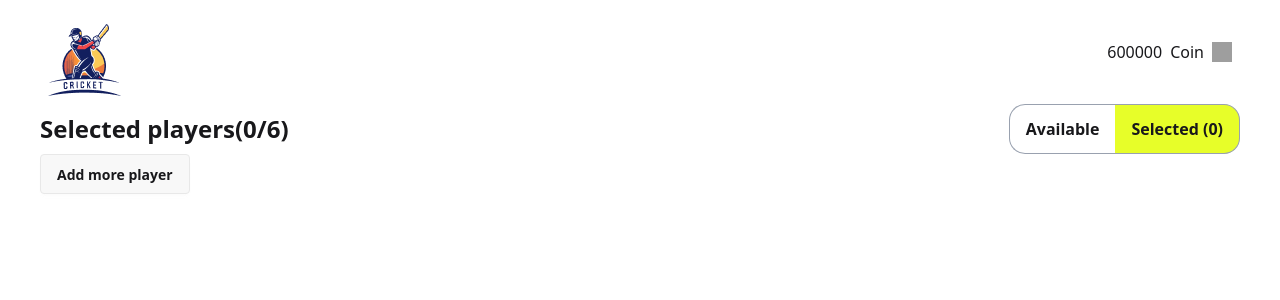
Repository: SanjidaSnigdha/Select-your-eleven
Page: /, after clicking the first element matching `button.rounded-r-2xl`
These files come from the project's save history. The page is drawn as it stood at one moment and after the next save; the edit follows.
The browser window is 1280 px wide. The pictures show the whole page.
Pictures or frames that could not be fetched are drawn as grey boxes. The project was rebuilt for these pictures with package versions that can differ from the ones it lists, and the page was loaded fresh each time. Also part of the build but not shown: vite.config.js, src/App.css, src/components/SelectedCard/SelectedCard.jsx.

Above is the page before, as saved 2026-03-21 22:24:24.

### index.html
<!doctype html>
<html lang="en" style="color-scheme: light;">
  <head>
    <meta charset="UTF-8" />
    <link rel="icon" type="image/svg+xml" href="/favicon.svg" />
    <meta name="viewport" content="width=device-width, initial-scale=1.0" />
    <title>select-your-eleven</title>
  </head>
  <body>
    <div id="root"></div>
    <script type="module" src="/src/main.jsx"></script>
  </body>
</html>

### src/index.css
 @import "tailwindcss";
 @plugin "daisyui" {
  themes: light --default, dark --prefersdark;
  themes: light --default;
 }

### src/App.jsx

import './App.css'
import { ToastContainer } from 'react-toastify';

import AvailablePlayers from './components/AvailablePlayers/AvailablePlayers'
import SelectedPlayers from './components/SelectedPlayers/SelectedPlayers'
import Navbar from './components/Navbar/Navbar'
import { Suspense, useState } from 'react'

const fetchPlayers = async () =>{
  const res = await fetch("/players.json")
  return res.json()
}
const playersPromise = fetchPlayers()


function App() {
  const [toggle,setToggle] = useState(true)
  const [availableBalance,setAvailableBalance] = useState(600000)
  const [purchasedPlayers,setPurchasedPlayers] = useState([])
  const removePlayer = (p) =>{
    const filteredData = purchasedPlayers.filter(ply=> ply.player_name!==p.player_name)
    console.log(filteredData)
    setPurchasedPlayers(filteredData)
    setAvailableBalance(availableBalance+parseInt(p.price.split("USD").join("").
                split(",").join("")))

  }

  return (
    <>
   <Navbar availableBalance={availableBalance}></Navbar>
   <div className='max-w-[1200px] mx-auto flex justify-between items-center'>
    <h1 className='font-bold text-2xl'>{
    toggle===true?"Available players":`Selected players(${purchasedPlayers.length}/6)`}</h1>
    <div className='font-bold'>
      <button onClick={()=>setToggle(true)} className={`py-3 px-4 border-1 border-gray-400 rounded-l-2xl border-r-0 ${toggle===true?"bg-[#E7FE29]":""}`}>Available</button>
      <button onClick={()=>setToggle(false)} className={`py-3 px-4 border-1 border-gray-400 rounded-r-2xl border-l-0 ${toggle===false?"bg-[#E7FE29]":""}`}>Selected <span>({purchasedPlayers.length})</span></button>
    </div>

   </div>

     {
      toggle === true?<Suspense fallback={<span className="loading loading-spinner loading-xl"></span>
}>
    <AvailablePlayers purchasedPlayers={purchasedPlayers} setPurchasedPlayers={setPurchasedPlayers} availableBalance={availableBalance} setAvailableBalance={setAvailableBalance} playersPromise={playersPromise}></AvailablePlayers>
</Suspense>:<SelectedPlayers removePlayer={removePlayer} purchasedPlayers={purchasedPlayers}></SelectedPlayers>

     }



      <ToastContainer></ToastContainer>

    </>
  )
}

export default App

### src/components/AvailablePlayers/AvailablePlayers.jsx
import React, { use } from 'react';

import PlayerCard from '../PlayerCard/PlayerCard';

const AvailablePlayers = ({playersPromise,setAvailableBalance,availableBalance,purchasedPlayers,setPurchasedPlayers}) => {
    const playerData = use(playersPromise)
    return (
        <div className='max-w-[1200px] mx-auto grid grid-cols-1 md:grid-cols-3 gap-4'>

            {
              playerData.map(player=><PlayerCard setPurchasedPlayers={setPurchasedPlayers} purchasedPlayers={purchasedPlayers} availableBalance={availableBalance} setAvailableBalance={setAvailableBalance} player={player}></PlayerCard>


              )
            }

        </div>
    );
};

export default AvailablePlayers;

### src/components/SelectedPlayers/SelectedPlayers.jsx
import React from 'react';
import SelectedCard from '../SelectedCard/SelectedCard';

const SelectedPlayers = ({purchasedPlayers,removePlayer}) => {
    console.log(purchasedPlayers)
    return (
        <div className='max-w-[1200px] mx-auto'>
            {
                purchasedPlayers.map(player=><SelectedCard removePlayer={removePlayer} player={player}></SelectedCard>)
            }
        {/* <button onClick={()=>setToggle(true)} className={`py-3 px-4 border-1 border-gray-400 rounded-l-2xl border-r-0 ${toggle===true?"bg-[#E7FE29]":""}`}>Available</button> */}
        <button className='btn'>Add more player</button>
        </div>

    );
};

export default SelectedPlayers;

### src/components/Navbar/Navbar.jsx
import React from 'react';
import navImg from "../../assets/logo.png"
import dollarImg from "../../assets/dollar-1.png"

const Navbar = ({availableBalance}) => {
    return (

         <div className="navbar max-w-[1200px] mx-auto">
          <div className="flex-1">
            <a className="text-xl">
              <img className="w-60px h-50px mt-4" src={navImg} alt="" />
           </a>
          </div>
          <div className="flex items-center gap-1">
          <span className='mr-1'>{availableBalance}</span>
          <span className='mr-1'>Coin</span>
          <img className="w-5 h-5" src={dollarImg} alt="" />
         </div>
       </div>
    );

};

export default Navbar;

### src/components/PlayerCard/PlayerCard.jsx
import React, { useState } from 'react';
import userImg from "../../assets/man.png"
import flagImg from "../../assets/flag.jpg"
import { toast } from 'react-toastify';

const PlayerCard = ({player,setAvailableBalance,availableBalance,purchasedPlayers,setPurchasedPlayers}) => {
    const [isSelected,setIsSelected] = useState(false)

    const handleSelected = (playerData) =>{
        const playerPrice = parseInt(playerData.price.split("USD").join("").
                split(",").join(""))
                if(availableBalance<playerPrice){
                    toast("Not enough coins!!")
                    return
                }
                if(purchasedPlayers.length===6){
                    toast("6 players already selected")
                    return
                }

         setIsSelected(true)
                setAvailableBalance(availableBalance - playerPrice);
                setPurchasedPlayers([...purchasedPlayers,playerData])


    };
    return (
                        <div className="card bg-base-100 shadow-sm p-4">
         <figure className="px-10 pt-10">
           <img
             src={player.player_image}
             alt="Shoes"
             className='w-full h-[280px] object-cover'
              />
         </figure>
         <div className="mt-4">
           <div className='flex'>
               <img className='w-8 h-8' src={userImg} alt="" /><h2 className='card-title ml-2'>{player.player_name}</h2>
           </div>
           <div className='flex justify-between mt-4 border-b-2 border-gray-400 pb-2'>
       <div className='flex items-center'>
           <img className='w-8 h-8' src={flagImg} alt="" />
           <span className='ml-2'>{player.player_country}</span>
           </div>
           <button className='btn'>{player.playing_role}</button>
           </div>
       <div className='flex justify-between font-bold'>
           <span>{player.rating}</span>

       </div>
       <div className='flex justify-between mt-4'>
           <span className='font-bold'>{player.bating_style}</span>
           <span>{player.bowling_style}</span>
       </div>

           <div className="card-actions mt-3 flex justify-between items-center">
               <p className='font-bold'>${player.price}</p>
             <button disabled={isSelected} onClick={()=>{handleSelected(player)

             }} className="btn">{isSelected===true?"Selected":"Choose player"}</button>
           </div>
         </div>
       </div>
    );
};

export default PlayerCard;

### public/players.json
[
  {
    "player_image": "https://i.ibb.co.com/CKt7DdsZ/shakib-al-hasan-smiling-8olow941lckcha6b.jpg",
    "player_name": "Shakib Al Hasan",
    "player_country": "Bangladesh",
    "playing_role": "All-Rounder",
    "rating": 9.5,
    "bating_style": "Left-hand bat",
    "bowling_style": "Slow left-arm orthodox",
    "price": "75,000 USD"
  },
  {
    "player_image": "https://i.ibb.co.com/WWKnGkNs/Faf-du-Plessis.jpg",
    "player_name": "Faf du Plessis",
    "player_country": "South Africa",
    "playing_role": "Batsman",
    "rating": 9.0,
    "bating_style": "Right-hand bat",
    "bowling_style": "Right-arm medium",
    "price": "70,000 USD"
  },
  {
    "player_image": "https://i.ibb.co.com/XZxnnz3F/Rashid-Khan.jpg",
    "player_name": "Rashid Khan",
    "player_country": "Afghanistan",
    "playing_role": "Bowler",
    "rating": 9.8,
    "bating_style": "Right-hand bat",
    "bowling_style": "Right-arm leg spin",
    "price": "85,000 USD"
  },
  {
    "player_image": "https://i.ibb.co.com/4w5xgSNn/liton-das.jpg",
    "player_name": "Liton Das",
    "player_country": "Bangladesh",
    "playing_role": "Wicketkeeper-Batsman",
    "rating": 8.7,
    "bating_style": "Right-hand bat",
    "bowling_style": "None",
    "price": "60,000 USD"
  },
  {
    "player_image": "https://i.ibb.co.com/391gsfv8/Andre-Russell.jpg",
    "player_name": "Andre Russell",
    "player_country": "West Indies",
    "playing_role": "All-Rounder",
    "rating": 9.6,
    "bating_style": "Right-hand bat",
    "bowling_style": "Right-arm fast",
    "price": "90,000 USD"
  },
  {
    "player_image": "https://i.ibb.co.com/67D8FvCn/Mustafizur-Rahman.webp",
    "player_name": "Mustafizur Rahman",
    "player_country": "Bangladesh",
    "playing_role": "Bowler",
    "rating": 8.9,
    "bating_style": "Left-hand bat",
    "bowling_style": "Left-arm fast-medium",
    "price": "65,000 USD"
  },
  {
    "player_image": "https://i.ibb.co.com/h1wRWkVC/David-Warner.jpg",
    "player_name": "David Warner",
    "player_country": "Australia",
    "playing_role": "Batsman",
    "rating": 9.4,
    "bating_style": "Left-hand bat",
    "bowling_style": "Right-arm leg spin",
    "price": "95,000 USD"
  },
  {
    "player_image": "https://i.ibb.co.com/0VsmTGGY/Sunil-Narine.jpg",
    "player_name": "Sunil Narine",
    "player_country": "West Indies",
    "playing_role": "All-Rounder",
    "rating": 9.2,
    "bating_style": "Left-hand bat",
    "bowling_style": "Right-arm off spin",
    "price": "80,000 USD"
  },
  {
    "player_image": "https://i.ibb.co.com/HpkRbDz3/Babar.png",
    "player_name": "Babar Azam",
    "player_country": "Pakistan",
    "playing_role": "Batsman",
    "rating": 9.3,
    "bating_style": "Right-hand bat",
    "bowling_style": "None",
    "price": "92,000 USD"
  },
  {
    "player_image": "https://i.ibb.co.com/dsk08w2x/Lasith-Malinga1.jpg",
    "player_name": "Lasith Malinga",
    "player_country": "Sri Lanka",
    "playing_role": "Bowler",
    "rating": 9.1,
    "bating_style": "Right-hand bat",
    "bowling_style": "Right-arm fast",
    "price": "78,000 USD"
  },
  {
    "player_image": "https://i.ibb.co.com/s9vHr4tS/Ben-Stokes.png",
    "player_name": "Ben Stokes",
    "player_country": "England",
    "playing_role": "All-Rounder",
    "rating": 9.7,
    "bating_style": "Left-hand bat",
    "bowling_style": "Right-arm fast-medium",
    "price": "100,000 USD"
  },
  {
    "player_image": "https://i.ibb.co.com/gFhPmT1c/Quinton-de-Kock1.jpg",
    "player_name": "Quinton de Kock",
    "player_country": "South Africa",
    "playing_role": "Wicketkeeper-Batsman",
    "rating": 9.0,
    "bating_style": "Left-hand bat",
    "bowling_style": "None",
    "price": "88,000 USD"
  }
]

Loaded but not shown: src/main.jsx (common file)

After the next save:
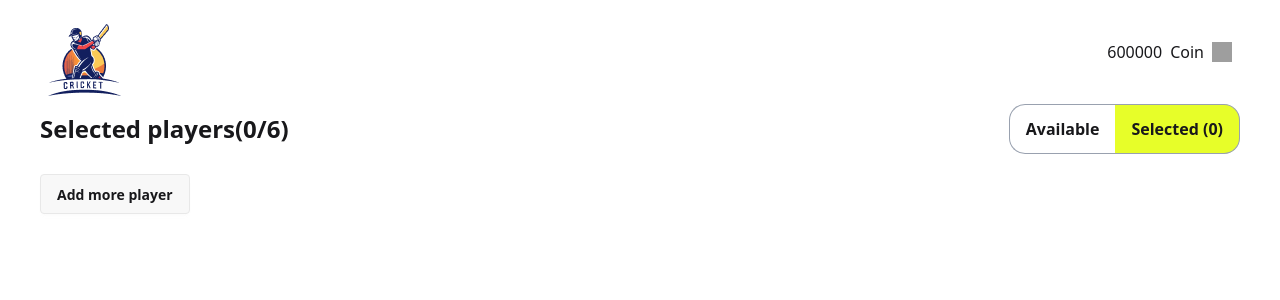
Saved 6 s later.
--- a/src/components/SelectedPlayers/SelectedPlayers.jsx
+++ b/src/components/SelectedPlayers/SelectedPlayers.jsx
@@ -9,7 +9,7 @@ const SelectedPlayers = ({purchasedPlayers,removePlayer}) => {
                 purchasedPlayers.map(player=><SelectedCard removePlayer={removePlayer} player={player}></SelectedCard>)
             }
         {/* <button onClick={()=>setToggle(true)} className={`py-3 px-4 border-1 border-gray-400 rounded-l-2xl border-r-0 ${toggle===true?"bg-[#E7FE29]":""}`}>Available</button> */}
-        <button className='btn'>Add more player</button>
+        <button className='btn mt-5'>Add more player</button>
         </div>
 
     );
